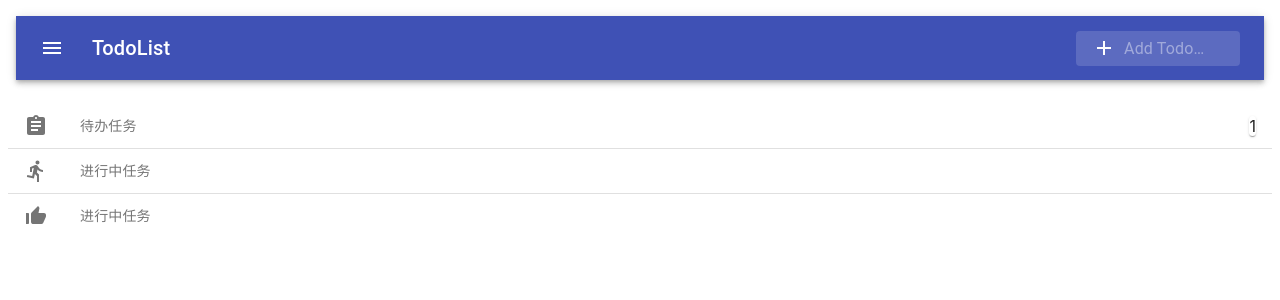
Repository: harperl71/TodoList
Page: /
These files come from the project's save history. The page is drawn as it stood at one moment and after the next save; the edit follows.
The browser window is 1280 px wide. The pictures show the whole page.
The project was rebuilt for these pictures with package versions that can differ from the ones it lists, and the page was loaded fresh each time.

Above is the page before, as saved 2021-05-20 17:26:24.

### src/App.tsx
import React from "react";
import Header from "./components/header";
import Content from "./components/content";
import Footer from "./components/footer";
import Myprovider from "./context";

function App() {
  return (
    <div className="APP">
      <Myprovider>
        <Header />
        <Content />
        <Footer />
      </Myprovider>
    </div>
  );
}

export default App;

### src/components/header/index.tsx
import React, { useContext } from "react";
import { MyContext } from "../../context";
import AppBar from "@material-ui/core/AppBar";
import Toolbar from "@material-ui/core/Toolbar";
import IconButton from "@material-ui/core/IconButton";
import Typography from "@material-ui/core/Typography";
import InputBase from "@material-ui/core/InputBase";
import { makeStyles, fade } from "@material-ui/core/styles";
import MenuIcon from "@material-ui/icons/Menu";
import AddIcon from "@material-ui/icons/Add";

const useStyles = makeStyles((theme) => ({
  header: {
    margin: theme.spacing(2),
    justifyContent: "space-between",
  },
  listButton: {
    marginRight: theme.spacing(2),
  },
  title: {
    flexGrow: 1,
    display: "none",
    [theme.breakpoints.up("sm")]: {
      display: "block",
    },
  },
  search: {
    position: "relative",
    borderRadius: theme.shape.borderRadius,
    backgroundColor: fade(theme.palette.common.white, 0.15),
    "&:hover": {
      backgroundColor: fade(theme.palette.common.white, 0.25),
    },
    marginLeft: 0,
    width: "100%",
    [theme.breakpoints.up("sm")]: {
      marginLeft: theme.spacing(1),
      width: "auto",
    },
  },
  addIcon: {
    padding: theme.spacing(0, 2),
    height: "100%",
    position: "absolute",
    pointerEvents: "none",
    display: "flex",
    alignItems: "center",
    justifyContent: "center",
  },
  inputRoot: {
    color: "inherit",
  },
  inputInput: {
    padding: theme.spacing(1, 1, 1, 0),
    // vertical padding + font size from searchIcon
    paddingLeft: `calc(1em + ${theme.spacing(4)}px)`,
    transition: theme.transitions.create("width"),
    width: "100%",
    [theme.breakpoints.up("sm")]: {
      width: "12ch",
      "&:focus": {
        width: "20ch",
      },
    },
  },
}));

export default function SearchAppBar() {
  const classes = useStyles();
  const { Add } = useContext(MyContext);

  const enterPress = (evt: React.SyntheticEvent) => {
    if (
      (evt as KeyboardEventInit).code === "Enter" &&
      (evt.target as HTMLInputElement).value !== ""
    ) {
      Add((evt.target as HTMLInputElement).value);
      (evt.target as HTMLInputElement).value = "";
    }
  };

  return (
    <div className={classes.header}>
      <AppBar position="static">
        <Toolbar>
          <IconButton
            edge="start"
            className={classes.listButton}
            color="inherit"
            aria-label="open drawer"
          >
            <MenuIcon />
          </IconButton>
          <Typography className={classes.title} variant="h6" noWrap>
            TodoList
          </Typography>
          <div className={classes.search}>
            <div className={classes.addIcon}>
              <AddIcon />
            </div>
            <InputBase
              placeholder="Add Todo…"
              required
              classes={{
                root: classes.inputRoot,
                input: classes.inputInput,
              }}
              onKeyPress={enterPress}
            />
          </div>
        </Toolbar>
      </AppBar>
    </div>
  );
}

### src/components/content/index.tsx
import React, { Fragment } from "react";
import TaskList from "./task-list";
import {
  makeStyles,
  List,
  ListItem,
  ListItemIcon,
  ListItemText,
  Card,
  Divider,
} from "@material-ui/core";
import AssignmentIcon from "@material-ui/icons/Assignment";
import DirectionsRunIcon from "@material-ui/icons/DirectionsRun";
import ThumbUpAltIcon from "@material-ui/icons/ThumbUpAlt";

const useStyles = makeStyles((theme) => ({
  root: {
    margin: theme.spacing(0, 1),
    justifyContent: "center",
  },
  card: {
    width: "100 %",
  },
}));

const Content = () => {
  const classes = useStyles();
  return (
    <div className={classes.root}>
      <List component="nav" aria-label="main mailbox folders">
        <ListItem button>
          <ListItemIcon>
            <AssignmentIcon />
          </ListItemIcon>
          <ListItemText secondary="待办任务" />
          <Card>
            <TaskList title="待办" status="todo" />1
          </Card>
        </ListItem>
        <Divider />
        <ListItem button>
          <ListItemIcon>
            <DirectionsRunIcon />
          </ListItemIcon>
          <ListItemText secondary="进行中任务" />
        </ListItem>
        <Divider />
        <ListItem button>
          <ListItemIcon>
            <ThumbUpAltIcon />
          </ListItemIcon>
          <ListItemText secondary="进行中任务" />
        </ListItem>
      </List>
      {/* <Fragment>
        <Typography className="todo" variant="h5">
          任务待办：
        </Typography>
        <TaskList title="待办" status="todo" />
        <Typography className="todo" variant="h5">
          任务进行中：
        </Typography>
        <TaskList title="进行中" status="doing" />
        <Typography className="todo" variant="h5">
          任务已完成：
        </Typography>
        <TaskList title="已完成" status="done" />
      </Fragment> */}
    </div>
  );
};

export default Content;

### src/components/footer/index.tsx
import React from "react";

const Footer = () => {
  return <div className="footer"></div>;
};

export default Footer;

### src/context/index.tsx
import React, { createContext, useState } from "react";

export interface TodoProps {
  id: number;
  text: string;
  status: string;
}

export interface ContextProps {
  todoList: TodoProps[];
  Add: (item: string) => void;
  Delete: (id: number) => void;
  Remove: (index: number, status: string) => void;
  Clear: () => void;
}

export const MyContext = createContext({} as ContextProps);

const Myprovider = (props: React.PropsWithChildren<{}>) => {
  const [todoList, setList] = useState<TodoProps[]>([]);

  const Add = (item: string) => {
    const listItem = {
      id: new Date().getTime(),
      text: item,
      status: "todo",
    };
    setList([...todoList, listItem]);
  };
  //console.log(...todoList);

  const Delete = (id: number) => {
    setList(todoList.filter((item) => item.id !== id));
  };

  const Remove = (index: number, status: string) => {
    if (status === "todo") {
      const listItem = Object.assign({}, todoList[index], {
        status: "doing",
      });
      const list = todoList.splice(index, 1);
      setList([...list, listItem]);
    }
    if (status === "doing") {
      const listItem = Object.assign({}, todoList[index], {
        status: "done",
      });
      const list = todoList.splice(index, 1);
      setList([...list, listItem]);
    }
  };

  const Clear = () => setList([]);

  return (
    <MyContext.Provider value={{ todoList, Add, Delete, Remove, Clear }}>
      {props.children}
    </MyContext.Provider>
  );
};

export default Myprovider;

### src/components/content/task-list/index.tsx
import React, { ReactNode, useContext } from "react";
import { MyContext } from "../../../context";
import { makeStyles, Typography } from "@material-ui/core";

const useStyles = makeStyles((theme) => ({
  root: {
    margin: "auto",
  },
  list: {
    width: 200,
    height: 230,
    backgroundColor: theme.palette.background.paper,
    overflow: "auto",
  },
  button: {
    margin: theme.spacing(0.5, 0),
  },
}));

interface Iprops {
  title: string;
  status: string;
}

const TaskList = ({ title, status }: Iprops) => {
  const classes = useStyles();

  const { todoList } = useContext(MyContext);

  //console.log(todoList);
  return <div className={classes.root}></div>;
};

export default TaskList;

Loaded but not shown: public/index.html (common file); src/index.tsx (common file); src/index.css (common file); src/reportWebVitals.ts (common file)

After the next save:
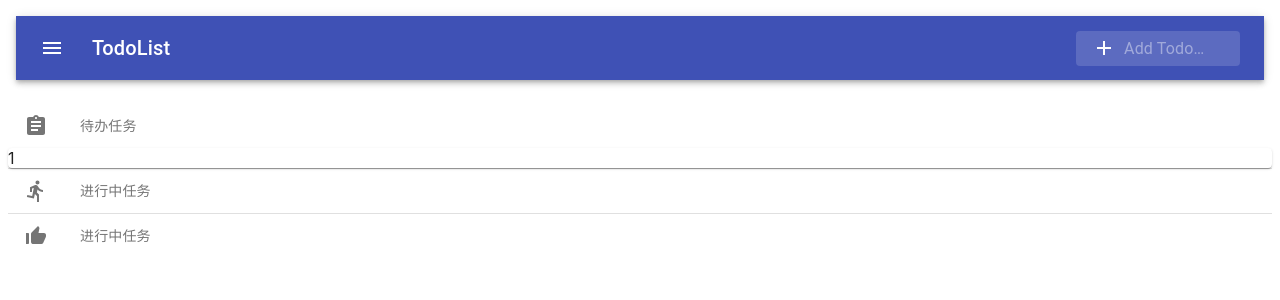
Saved 65 s later.
--- a/src/components/content/index.tsx
+++ b/src/components/content/index.tsx
@@ -33,10 +33,10 @@
             <AssignmentIcon />
           </ListItemIcon>
           <ListItemText secondary="待办任务" />
-          <Card>
-            <TaskList title="待办" status="todo" />1
-          </Card>
         </ListItem>
+        <Card>
+          <TaskList title="待办" status="todo" />1
+        </Card>
         <Divider />
         <ListItem button>
           <ListItemIcon>

After the save that followed:
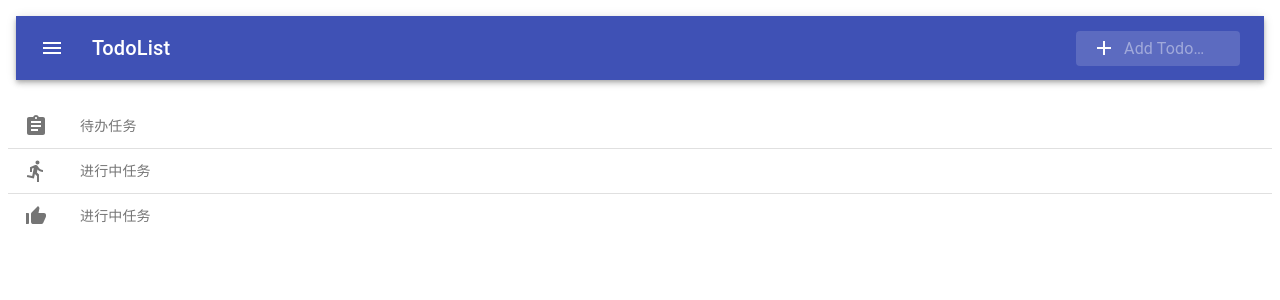
Saved 18 s later.
--- a/src/components/content/index.tsx
+++ b/src/components/content/index.tsx
@@ -35,7 +35,7 @@
           <ListItemText secondary="待办任务" />
         </ListItem>
         <Card>
-          <TaskList title="待办" status="todo" />1
+          <TaskList title="待办" status="todo" />
         </Card>
         <Divider />
         <ListItem button>
